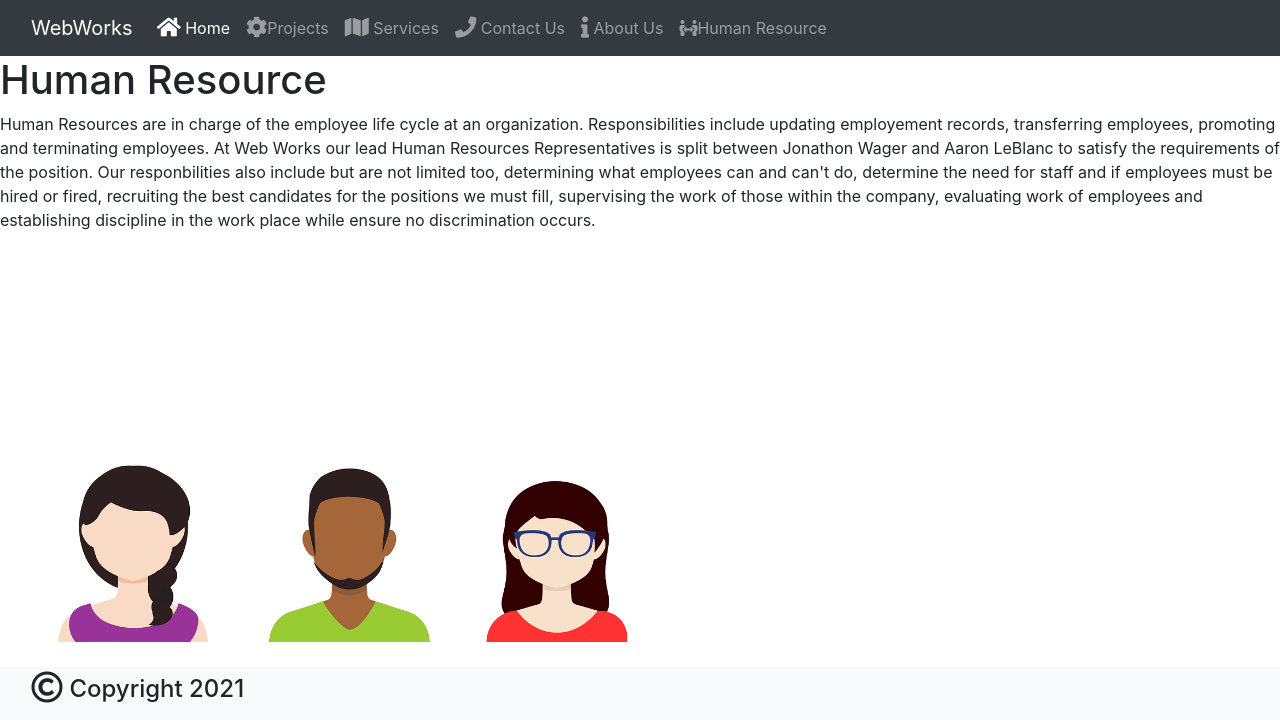
Repository: JonathonWager/Webd6202Lab1
Page: human_resource.html
These files come from the project's save history. The page is drawn as it stood at one moment and after the next save; the edit follows.
The browser window is 1280 px wide. The pictures show the whole page.

Above is the page before, as saved 2021-02-05 20:29:58.
Not found: Content/app.css

### human_resource.html
<!DOCTYPE html>
<html lang="en">
<head>
    <meta charset="UTF-8">
    <meta name="viewport" content="width=device-width, initial-scale=1.0">
    <title>HumanResource</title>
    <!-- CSS Section -->
    <link rel="stylesheet" href="./node_modules/bootstrap/dist/css/bootstrap.min.css">
    <link rel="stylesheet" href="./node_modules/@fortawesome/fontawesome-free/css/all.min.css">
    <link rel="stylesheet" href="./Content/app.css">
</head>
<body>
    <!-- Main Header -->
    <header>
        <!-- Main Navigation -->
        <nav class="navbar navbar-expand-lg navbar-dark bg-dark">
            <div class="container-fluid">
              <a class="navbar-brand" href="index.html">WebWorks</a>
              <button class="navbar-toggler" type="button" data-bs-toggle="collapse" data-bs-target="#navbarSupportedContent" aria-controls="navbarSupportedContent" aria-expanded="false" aria-label="Toggle navigation">
                <span class="navbar-toggler-icon"></span>
              </button>
              <div class="collapse navbar-collapse" id="navbarSupportedContent">
                <ul class="navbar-nav me-auto mb-2 mb-lg-0">
                  <li class="nav-item">
                    <a class="nav-link active" aria-current="page" href="index.html"><i class="fas fa-home fa-lg"></i> Home</a>
                  </li>

                  <li class="nav-item">
                    <a class="nav-link" aria-current="page" href="projects.html" id = "projects"><i class="fas fa-cog fa-lg"></i> Products</a>
                  </li>

                  <li class="nav-item">
                    <a class="nav-link" aria-current="page" href="services.html"><i class="fas fa-map fa-lg"></i> Services</a>
                  </li>

                  <li class="nav-item">
                    <a class="nav-link" aria-current="page" href="contact.html"><i class="fas fa-phone fa-lg"></i> Contact Us</a>
                  </li>
                  <li class="nav-item">
                    <a class="nav-link" aria-current="page" href="about.html"><i class="fas fa-info fa-lg"></i> About Us</a>
                  </li>
                </ul>
              </div>
            </div>
          </nav>
    </header>

    <!-- Main Content -->
    <main>
    <h1>Human Resource</h1>
      <div id="HRcontent"> </div>
      <img src="/Pictures/Human Resources Page/HRPicture.png" width = 700x; alt="Deck of Cards">
  </main>

    <!-- Main Footer -->
    <footer>
    </footer>

    <!-- Script Section-->
    <script src="./node_modules/jquery/dist/jquery.min.js"></script>
    <script src="./node_modules/bootstrap/dist/js/bootstrap.bundle.min.js"></script>
    <script src="./Scripts/app.js"></script>
</body>
</html>

### Scripts/app.js
/* custom JavaScript goes here */

//IIFE - Immediately Invoked Function Expression
//AKA - Anonymous Self-Executing Function
//Closure - limits scope leak

"use strict";

(function()
{
    function displayHome()
    {

        let paragraphOneText =
          "Welcome to Web Works, Our team at Web Works is dedicated to offering advanced web development creations that will make you stand out from the crowd.";

        let paragraphOneElement = document.getElementById("paragraphOne");

        paragraphOneElement.textContent = paragraphOneText;
        paragraphOneElement.className = "fs-5";

        // Step 1. document.createElement
        let newParagraph = document.createElement("p");
        // Step 2. configure the element
        newParagraph.setAttribute("id", "paragraphTwo");
        newParagraph.textContent = "Our team consits of two dedicated students that are currently enrolled in the Computer programmer and Analysis course at Durham College located in Northern Oshawa. ";
        // Step 3. select the parent element
        let mainContent = document.getElementsByTagName("main")[0];
        // Step 4. Add / Insert the element
        mainContent.appendChild(newParagraph);

        newParagraph.className = "fs-6";

        // another way of injecting content
        let paragraphDiv = document.createElement("div");
        let paragraphThree = `Oshawa. Our skill sets are growing every day and we are profecient in HTML, CSS, Java, C++,
        database development, automations and much more. Contact our team with inqueries and you will get a response within one business day`;
        paragraphDiv.innerHTML = paragraphThree;

        // insertions

        // example of inserting before a node
        //newParagraph.before(paragraphDiv);

        // example of inserting after a node
        newParagraph.after(paragraphDiv);

        // deletions

        // example of removing a single element
        //paragraphOneElement.remove();

        // example of removeChild
        //mainContent.removeChild(paragraphOneElement);

        // update / modification
        mainContent.firstElementChild.textContent = "Welcome Home!";


    }

    function displayAbout()
    {
      let paragraphOneText = "I'm twenty years old and I'm currently enrolled in the Computer Programmer and Analysis course at Durham College. I spent one year at Ontario Tech University doing game development before switching into my current program. I enjoy programming and design, spending time with friends and going to music festivals. In future I aspire to be a succesful software developer and be able to travel too many countries and support my family.";

      let projectsDiv1 = document.getElementById("AboutAaronContent");

      let projectsP1 = document.createElement("p");

      projectsP1.textContent = paragraphOneText;

      projectsDiv1.appendChild(projectsP1);

      let paragraph2Text = "My name is Jonathon Wager and i am currently enrolled in the Computer Programmer and Analysis course at Durham College. I am very interested in  science and coding. Some of my hobbies include Auto Racing, Skateboarding and snowboarding. I live in a small town in Uxbridge Ontario but frecently spend time at the family cottage in Haliburton Ontario ";

      let projectsDiv2 = document.getElementById("AboutJonathonContent");

      let projectsP2 = document.createElement("p");

      projectsP2.textContent = paragraph2Text;

      projectsDiv2.appendChild(projectsP2);
    }

    function displayProjects()
    {
      let paragraphOneText = "The following project focus was on developing our skills in object-orientated programming as we were developing a program that would create card objects that could be used for a wide variety of purposed including implementing into hundreds of different card games. The project was one of our favourites because it widned our skill set and showed us even further how useful object-orientate programming can be.";

      let projectsDiv1 = document.getElementById("DeckOfCardsContent");

      let projectsP1 = document.createElement("p");

      projectsP1.textContent = paragraphOneText;

      projectsDiv1.appendChild(projectsP1);


      let paragraph2Text = "This next project was from our Systems and Automation class where we create a GPA calculator program that was able to handle input, and formatted output containing calculations for averages and more. This project was one of our other favourites because it worked perfectly and we learned a lot of things in the process of completing the project.";

      let projectsDiv2 = document.getElementById("GPACalculatorContent");

      let projectsP2 = document.createElement("p");

      projectsP2.textContent = paragraph2Text;

      projectsDiv2.appendChild(projectsP2);



      let paragraph3Text = "The last project we will be showcasing was the website we built over the course of the semester for the Web Development course if first semester of our second year. This was one of our favourite projects because we learned so much along the way to the end of the project including skills in HTML, CSS, PHP and PGSQL. Our website was able to handle login using data from our database with encrypted passwords and had tables on our website that were directly pulled from its database. ";

      let projectsDiv3 = document.getElementById("WebsiteContent");

      let projectsP3 = document.createElement("p");

      projectsP3.textContent = paragraph3Text;

      projectsDiv3.appendChild(projectsP3)


    }

    function displayServices()
    {
      let paragraphOneText = "We have the ability to create interactive websites that will stand out and make you look professional. We can apply custom themes to style your website as well as make it an interactive website that is effeciently navigable.";

      let projectsDiv1 = document.getElementById("WebDesignContent");

      let projectsP1 = document.createElement("p");

      projectsP1.textContent = paragraphOneText;

      projectsDiv1.appendChild(projectsP1);

      let paragraphTwoText = "We can create small to medium sized databases that will be able to meet your business needs. We can then implement the database into your website so that you can take your business to the next level.";

      let projectsDiv2 = document.getElementById("DatabaseDevelopmentContent");

      let projectsP2 = document.createElement("p");

      projectsP2.textContent = paragraphTwoText;

      projectsDiv2.appendChild(projectsP2);

      let paragraphThreeText = "We can create small to medium sized databases that will be able to meet your business needs. We can then implement the database into your website so that you can take your business to the next level.";

      let projectsDiv3 = document.getElementById("CustomProgrammingContent");

      let projectsP3 = document.createElement("p");

      projectsP3.textContent = paragraphThreeText;

      projectsDiv3.appendChild(projectsP3);

    }

    function displayContact()
    {
        let sendButton = document.getElementById("sendButton");
        sendButton.addEventListener("click", function(event){
           window.location.href = "index.html";

        });
    }

    function displayHumanResource()
    {
      let paragraphOneText = "Human Resources are in charge of the employee life cycle at an organization. Responsibilities include updating employement records, transferring employees, promoting and terminating employees. At Web Works our lead Human Resources Representatives is split between Jonathon Wager and Aaron LeBlanc to satisfy the requirements of the position. Our responbilities also include but are not limited too, determining what employees can and can't do, determine the need for staff and if employees must be hired or fired, recruiting the best candidates for the positions we must fill, supervising the work of those within the company, evaluating work of employees and establishing discipline in the work place while ensure no discrimination occurs.";

      let projectsDiv1 = document.getElementById("HRcontent");

      let projectsP1 = document.createElement("p");

      projectsP1.textContent = paragraphOneText;

      projectsDiv1.appendChild(projectsP1);

    }



    function Start()
    {
        console.log("App Started...");
        let navbarProjects = document.getElementById("projects");
        navbarProjects.innerHTML = '<i class="fas fa-cog fa-lg"></i>Projects';

       // let navContentHumanResource = '<li class="nav-item"><a class="nav-link" aria-current="page" href="services.html"><i class="fas fa-map fa-lg"></i> Services</a></li>';
        let navContent = document.getElementsByTagName("ul")[0];

        let navContentHumanResourceLi = document.createElement("li");
        let navContentHumanResourceA = document.createElement("a");

        // Step 2. configure the element
        navContentHumanResourceLi.setAttribute("class", "nav-item");

        navContentHumanResourceA.setAttribute("class","nav-link");
        navContentHumanResourceA.setAttribute("aria-current", "page");
        navContentHumanResourceA.setAttribute("href", "human_resource.html");
        navContentHumanResourceA.innerHTML ='<i class="fas fa-people-arrows"></i>Human Resource ';

        navContentHumanResourceLi.appendChild(navContentHumanResourceA);

        navContent.appendChild(navContentHumanResourceLi);




        let bottomNavContent = document.getElementsByTagName("footer")[0];

        let navContentFooterNav = document.createElement("nav");
        navContentFooterNav.setAttribute("class","navbar fixed-bottom navbar-light bg-light");

        let navContentDiv = document.createElement("div");
        navContentDiv.setAttribute("class", "container-fluid");

        let navContentH4 = document.createElement("h4");
        navContentH4.innerHTML = '<i class="far fa-copyright fa-lg"></i> Copyright 2021';
        navContentFooterNav.appendChild(navContentDiv);
        navContentDiv.appendChild(navContentH4);
        bottomNavContent.appendChild(navContentFooterNav);


        switch (document.title)
        {
          case "Home":
              displayHome();
            break;
          case "About":
              displayAbout();
            break;
          case "Projects":
              displayProjects();
            break;
          case "Services":
              displayServices();
            break;
          case "Contact":
              displayContact();
            break;
            case "HumanResource":
              displayHumanResource();
              break;
        }

    }

    window.addEventListener("load", Start);

})();

Loaded but not shown: node_modules/bootstrap/dist/css/bootstrap.min.css (library); node_modules/@fortawesome/fontawesome-free/css/all.min.css (library); node_modules/jquery/dist/jquery.min.js (library); node_modules/bootstrap/dist/js/bootstrap.bundle.min.js (library)

After the next save:
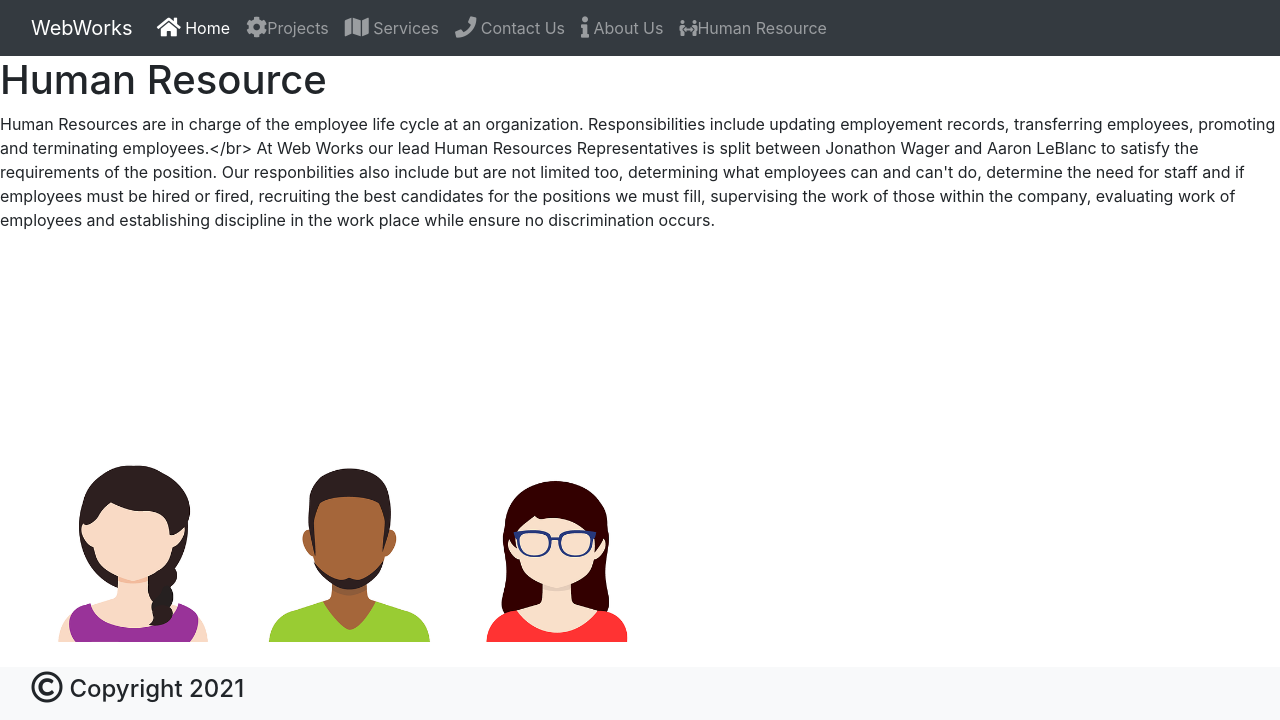
Saved 9 s later.
--- a/Scripts/app.js
+++ b/Scripts/app.js
@@ -165,7 +165,7 @@
 
     function displayHumanResource()
     {
-      let paragraphOneText = "Human Resources are in charge of the employee life cycle at an organization. Responsibilities include updating employement records, transferring employees, promoting and terminating employees. At Web Works our lead Human Resources Representatives is split between Jonathon Wager and Aaron LeBlanc to satisfy the requirements of the position. Our responbilities also include but are not limited too, determining what employees can and can't do, determine the need for staff and if employees must be hired or fired, recruiting the best candidates for the positions we must fill, supervising the work of those within the company, evaluating work of employees and establishing discipline in the work place while ensure no discrimination occurs.";
+      let paragraphOneText = "Human Resources are in charge of the employee life cycle at an organization. Responsibilities include updating employement records, transferring employees, promoting and terminating employees.</br> At Web Works our lead Human Resources Representatives is split between Jonathon Wager and Aaron LeBlanc to satisfy the requirements of the position. Our responbilities also include but are not limited too, determining what employees can and can't do, determine the need for staff and if employees must be hired or fired, recruiting the best candidates for the positions we must fill, supervising the work of those within the company, evaluating work of employees and establishing discipline in the work place while ensure no discrimination occurs.";
 
       let projectsDiv1 = document.getElementById("HRcontent");
 
